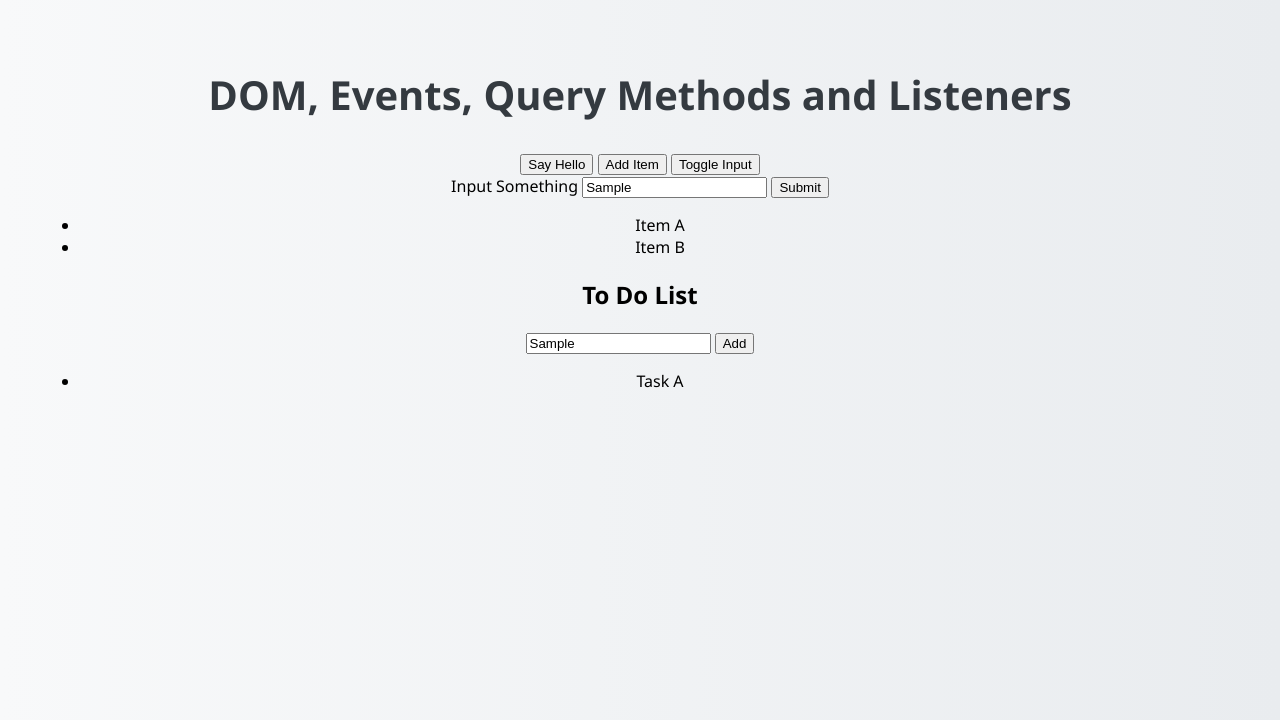
Repository: SiddhantNagaria/Genpact-Training
Page: Java Training/08 first-webmvc/src/main/resources/static/index.html
These files come from the project's save history. The page is drawn as it stood at one moment and after the next save; the edit follows.
The browser window is 1280 px wide. The pictures show the whole page.
Empty fields were first filled with sample values (such as "Sample", 5 or name@example.com).
After loading, the first visible `#Todo > button` was clicked once.

Above is the page before, as saved 2025-11-17 10:54:29.
Console error: ReferenceError: todoItem is not defined

After the next save:
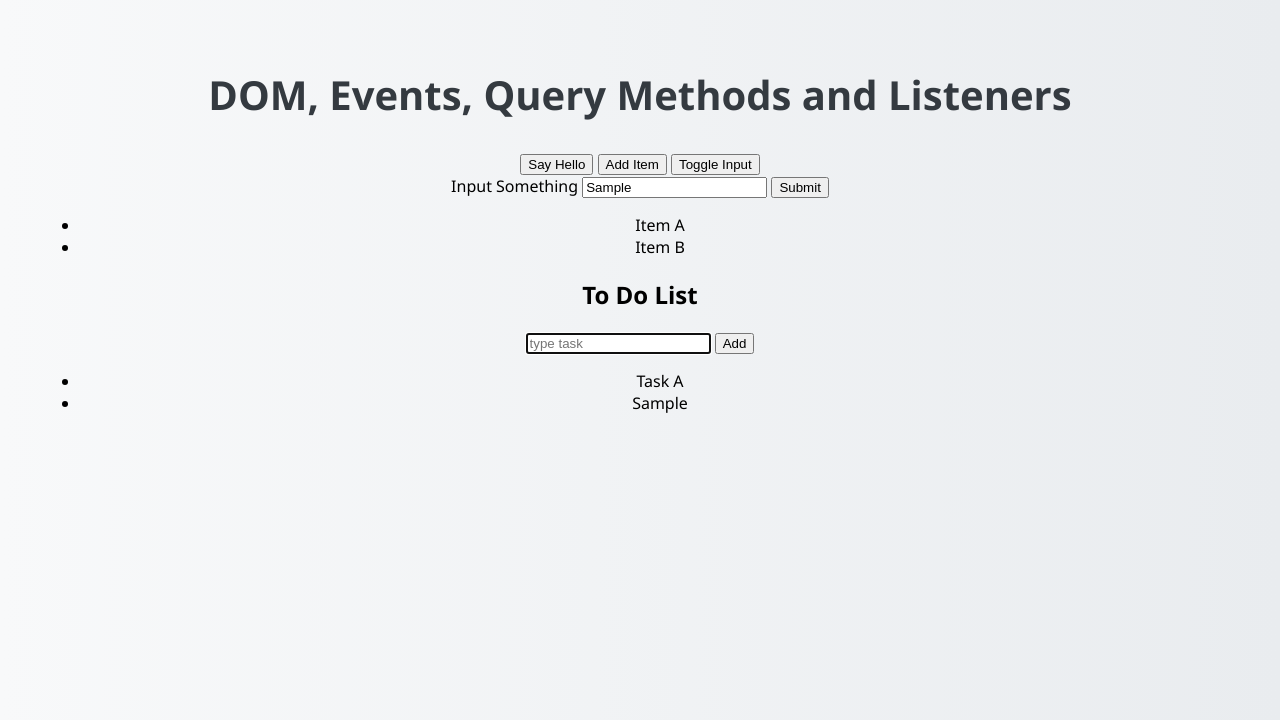
The error is gone.
Saved 99 s later.
--- a/Java Training/08 first-webmvc/src/main/resources/static/js/app2.js
+++ b/Java Training/08 first-webmvc/src/main/resources/static/js/app2.js
@@ -115,12 +115,16 @@ form.addEventListener('submit', function(event) {
 // task get added in a list
 // for every item, there should be a delete button
 
-function addTodo(){
+function addTodo() {
 	const todoInput = document.getElementById("todoInput");
-	const todoText= todoInput.value.trim();
+	const todoText = todoInput.value.trim();
+	if (!todoText) return;
 	const todoList = document.getElementById("todoList");
-	const listItem=document.createElement('li');
-	listItem.className=todoItem;
-	listItem.textContent = 'todoItem' + (todoList.children.length + 1);
+	const listItem = document.createElement("li");
+	listItem.className = "todoItem";
+	listItem.textContent = todoText;
 	todoList.appendChild(listItem);
+	todoInput.value = ""; // clear input
+	todoInput.focus();
+
 }
